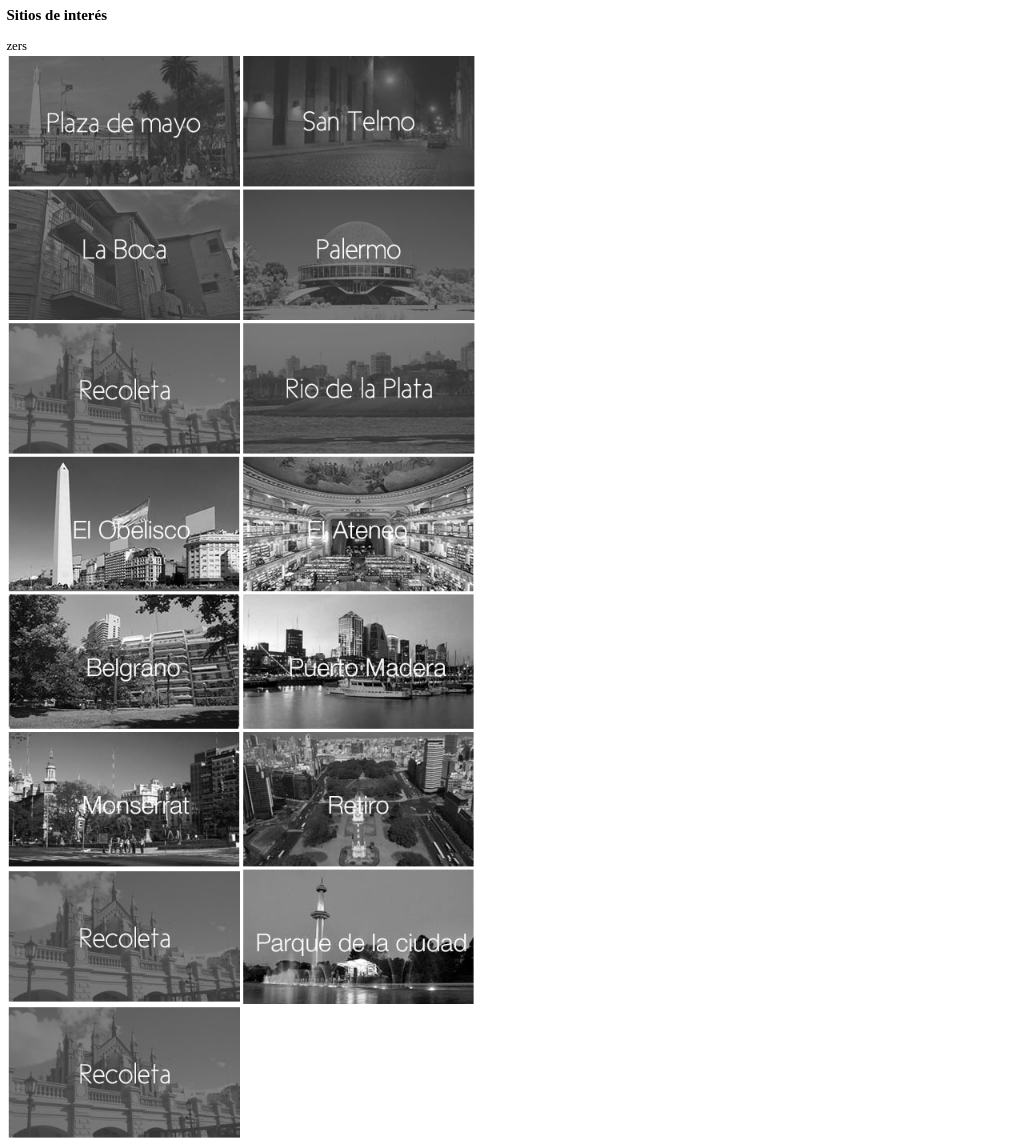
Repository: pacoigloo/Anexia
Page: sitios.html
The author's editor kept a record of every edit. The page is drawn from the files as they stood at one moment, then again after the next edit.
The browser window is 1280 px wide. The pictures show the whole page, at 80% of full size.

Above is the page before.

### sitios.html
       <div id="interContainer">
        <h3>Sitios de interés</h3>
        <div id= "mapContainer">
            <div ng-app="mapsApp" ng-controller="mapa">
            <div id="map"></div>
            <!-- <div id="class" ng-repeat="marker in markers | orderBy : 'title'">
                <a href="#" ng-click="openInfoWindow($event, marker)">{{marker.title}}</a>
            </div>-->
        </div>
        </div>
    </div>
    <div id="inBtnContainer">
    <table>
                <tr>zers
                    <td ><img class="tdIzq" onclick="initialize('plaza')" src="img/plaza-mayo.jpg"></img></td>
                    <td ><img class="tdDer" onclick="initialize('telmo')" src="img/san-telmo.jpg"></img></td>
                </tr>
                 <tr>
                    <td ><img class="tdIzq" onclick="initialize('boca')" src="img/la-boca.jpg"></img></td>
                    <td ><img class="tdDer" onclick="initialize('palermo')" src="img/palermo.jpg"></img></td>
                </tr>
                 <tr>
                    <td ><img class="tdIzq" onclick="initialize('recoleta')" src="img/recoleta.jpg"></img></td>
                    <td ><img class="tdDer" onclick="initialize('plata')" src="img/rio-plata.jpg"></img></td>
                </tr>
                <tr>
                    <td ><img class="tdIzq" onclick="initialize('obelisco')" src="img/obelisco.jpg"></img></td>
                    <td ><img class="tdDer" onclick="initialize('ateneo')" src="img/ateneo.jpg"></img></td>

                </tr>
                <tr>
                    <td ><img class="tdIzq" onclick="initialize('belgrano')" src="img/belgrano.jpg"></img></td>
                    <td ><img class="tdDer" onclick="initialize('madero')" src="img/puerto-madero.jpg"></img></td>
                </tr>

                <tr>
                    <td ><img class="tdIzq" onclick="initialize('monserrat')" src="img/monserrat.jpg"></img></td>
                    <td ><img class="tdDer" onclick="initialize('retiro')" src="img/retiro.jpg"></img></td>
                </tr>

                <tr>
                    <td ><img class="tdIzq" onclick="initialize('')" src="img/recoleta.jpg"></img></td>
                    <td ><img class="tdDer" onclick="initialize('parque')" src="img/parque-ciudad.jpg"></img></td>
                </tr>

                <tr>
                    <td ><img class="tdIzq" onclick="initialize('')" src="img/recoleta.jpg"></img></td>
                </tr>
    </table>
    </div>
    <div id="descripcionSite" style="display:none" >
        <div id="descripcionText">

        </div>
       <div id="btnVolverMenu" onclick="volverMenu()">
           <img id="imgFlechaIzq" src="img/flecha-izquierda.png"></img>
           <div id="volverText">
               <p>
                 Volver
               </p>
           </div>

       </div>
    </div>

After the next edit:
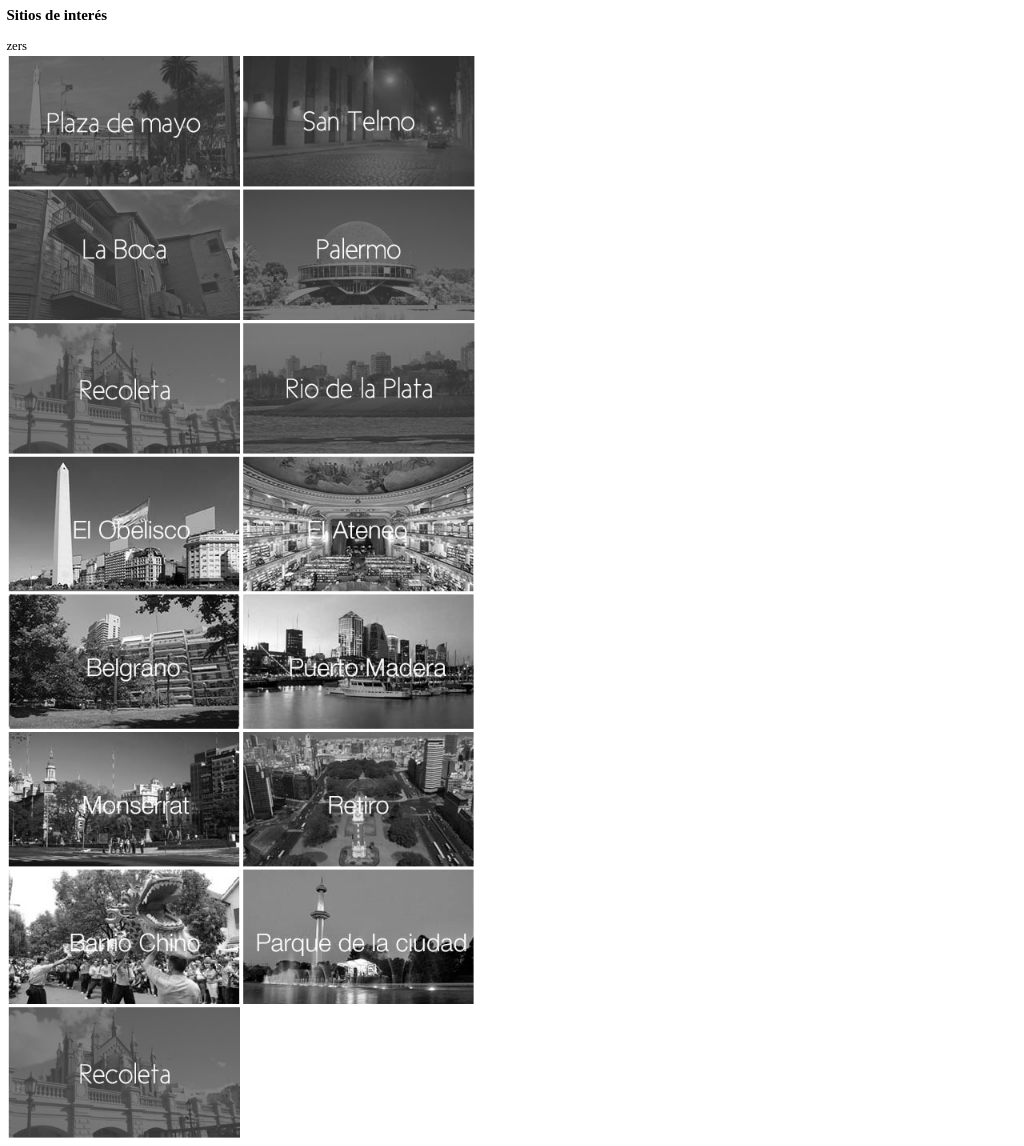
The edit:
--- a/sitios.html
+++ b/sitios.html
@@ -39,7 +39,7 @@
                 </tr>
 
                 <tr>
-                    <td ><img class="tdIzq" onclick="initialize('')" src="img/recoleta.jpg"></img></td>
+                    <td ><img class="tdIzq" onclick="initialize('chino')" src="img/chino.jpg"></img></td>
                     <td ><img class="tdDer" onclick="initialize('parque')" src="img/parque-ciudad.jpg"></img></td>
                 </tr>
 
